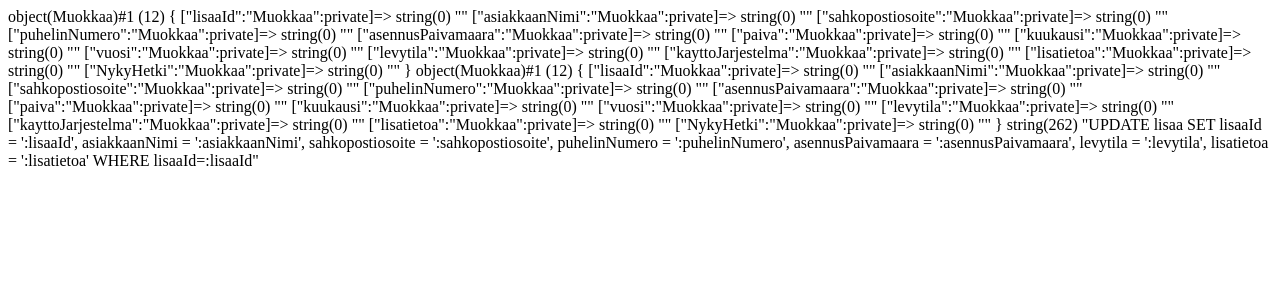
Repository: TommiKurjensalo/php
Page: http://localhost/test/function_to_function.php
The author's editor kept a copy of each file at every save. The page is drawn from the files as they stood at one save, then again after the next save.
The browser window is 1280 px wide. The pictures show the whole page.
The page is run by PHP 8.4 with error messages shown; the project is at /var/www/html/.

Above is the page before, as saved 2017-04-25 16:24:34.

After the next save:
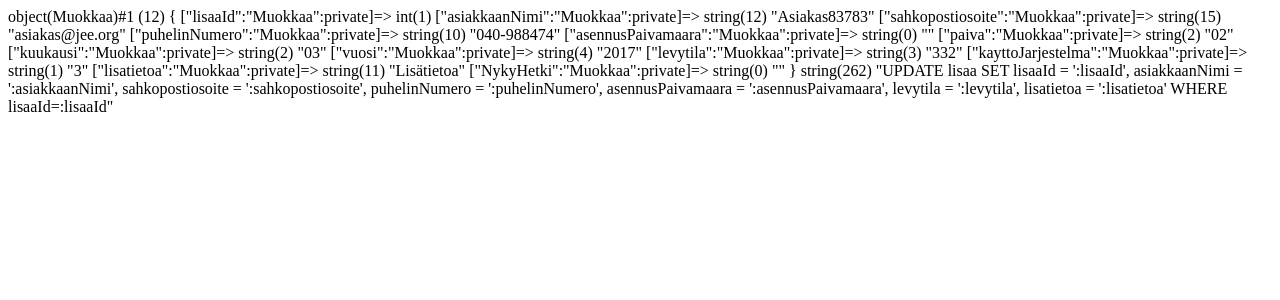
Saved 77 s later.
--- a/sivut/test/function_to_function.php
+++ b/sivut/test/function_to_function.php
@@ -1,7 +1,7 @@
 <?php
 
-$m = new Muokkaa();
-var_dump($m);
+$m = new Muokkaa(1,"Asiakas83783","asiakas@jee.org","040-988474","02","03","2017","332","3","Lisätietoa");
+
 $m->muokkaaAsiakas($m);
 
 class Muokkaa {
